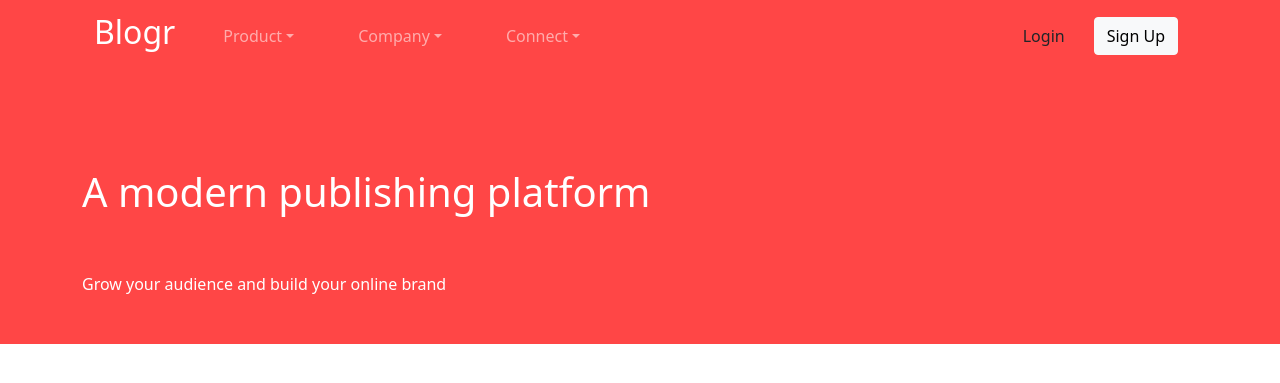
Repository: badhon252/blogr-landing-page
Page: /
These files come from the project's save history. The page is drawn as it stood at one moment and after the next save; the edit follows.
The browser window is 1280 px wide. The pictures show the whole page.
The project was rebuilt for these pictures with package versions that can differ from the ones it lists, and the page was loaded fresh each time.

Above is the page before, as saved 2022-01-17 23:09:45.

After the next save:
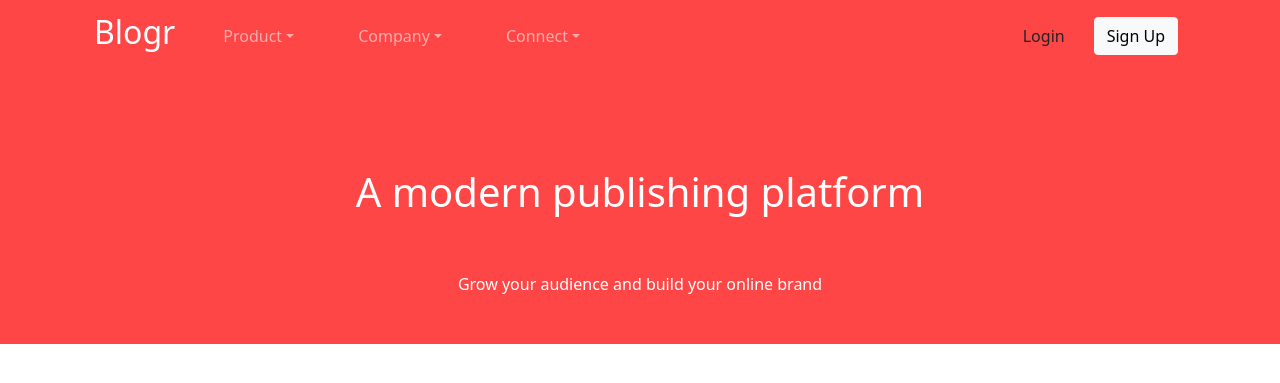
Saved 35 s later.
--- a/src/components/styles/index.css
+++ b/src/components/styles/index.css
@@ -11,3 +11,7 @@
 .login {
   color: aliceblue;
 }
+
+.header-param {
+  text-align: center;
+}
